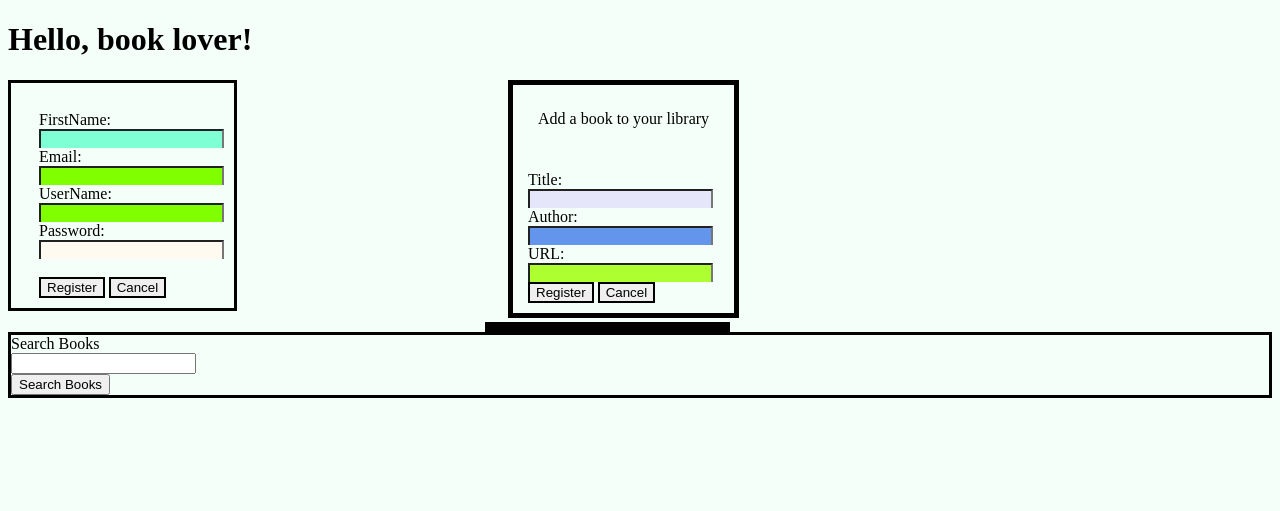
Repository: IuliaGusatu/cloudcomputingProjectSIMPREGusatuIulia
Page: environment/frontend/index.html
The author's editor kept a record of every edit. The page is drawn from the files as they stood at one moment, then again after the next edit.
The browser window is 1280 px wide. The pictures show the whole page.
The page's requests for data from a server got no answer.

Above is the page before.

### environment/frontend/index.html

<!DOCTYPE html>
<html style="background-color: mintcream;">
    <head>

        <title>BooksMania</title>
    </head>
    <body>
        <h1>Hello, book lover!</h1>
        <div style ="display: inline-block">
            <div style ="float: left; padding-left: 45px; border: 3px;border-color: black;border-style: solid;">
        <form style="margin: 10px;margin-left: -17px;">
  <input type="hidden" name="id" id="id" /><br />
  FirstName:<br />
  <input type="text" name="firstName" id="firstName" style="background-color: aquamarine;border-block-end-style: initial"/><br />
  Email:<br />
  <input type="text" name="email" id="email" style="border-block-end-style: initial;background-color: chartreuse;"><br/>
  UserName:<br />
  <input type="text" name="userName" id="userName" style="background-color: chartreuse;border-block-end-style: initial"><br/>
  Password:<br />
  <input type="text" name="password" id="password" style="background-color: floralwhite; border-block-end-style: initial"><br/>
  <br/>
  <input type="submit" value="Register" style="border-style: solid; border-color: black;" onSubmit="saveUsers()">
  <input type="reset" value="Cancel" style="border-style: solid; border-color: black;">
</form>
</div>
<div style ="float: right; margin-left:271px; border-color:black ; border-padding: 10px; border: 5px; border-style: solid;">
   <p style=" margin:25px">Add a book to your library</p>
  <form style=" margin-left: 15px;"onSubmit="saveBooks(event)">
  <input type="hidden" name="id" id="id" /><br />
  Title:<br />
  <input type="text" name="title" id="title"   style="background-color: lavender;border-block-end-style: initial"/><br />
  Author:<br />
  <input type="text" name="author" id="author" style="background-color: cornflowerblue; border-block-end-style: initial"><br/>
  URL:<br />
  <input type="text" name="url" id="url" style="background-color: greenyellow;border-block-end-style: initial"><br/>
  <input type="submit" value="Register" style=" margin-bottom: 10px;border-style: solid;border-color: black;">
  <input type="reset" value="Cancel"style="border-style: solid;border-color: black;">
</form>
</div>
</div>
<div   onSubmit ="showBooks()"id ="table"style="border-color:black ; border-padding: 10px; border: 5px; border-style: solid; margin-right: 542px; margin-left: 477px;">

</div>
<div style ="display: inline-block border-color: black; border-style: solid;">
<div id="search" >
    	<label for="search">Search Books</label>
		<form id="myform">
			<div >
				<input type="search" id="books">

			</div>
			<button >Search Books</button>
		</form>
	</div>
	<div id="result">

	</div>
</div>
<script src="https://unpkg.com/axios/dist/axios.min.js"></script>
 <script
    src="https://code.jquery.com/jquery-3.3.1.min.js"
    integrity="sha256-FgpCb/KJQlLNfOu91ta32o/NMZxltwRo8QtmkMRdAu8="
    crossorigin="anonymous"></script>

<script>

    $(document).ready(function() {
        console.log('Hello from JQuery')
        showBooks()
    })
function showBooks() {
    axios.get('/books').then(function(results) {

        let html = ` <table style="width:500px;">
                <tr>
                    <th style="padding:10px">ID</th>
                    <th style="padding:10px">Title</th>
                    <th style="padding:10px">Author</th>
                    <th style="padding:10px">URL</th>

                </tr>`

        results.data.forEach(function(element) {
            html += `<tr>
                        <td>${element.id}</td>
                        <td>${element.title}</td>
                        <td>${element.author}</td>
                        <td>${element.url}</td>
                        <td>
                            <button onClick="editBooks(${element.id})" onClick="editBooks">Edit</button>
                            <button onClick="deleteBooks(${element.id})" onClick="deleteBooks">Delete</button>
                        </td>
                    </tr>`
        })

        html += `</table>`

        $('#table').html(html)
    }).catch(function(error) {
        console.log(error)
    })
}
function saveBooks(event) {
    event.preventDefault()

    let id = $('#id').val()
    let title = $('#title').val()
    let author = $('#author').val()
    let url = $('#url').val()

    if(id) {
        //make a request to PUT /messages/:id
  axios.put('/books/'+id, {
    title: title,
    author: author,
    url: url
}).then(function(result) {
    showBooks()
    $(event.target).trigger("reset")
}).catch(function(err) {
    alert('Resource could not be saved')
})
    } else {
        //make a request to POST /messages
axios.post('/books', {
    title: title,
    author: author,
    url: url
}).then(function(result) {
    showBooks()
    $(event.target).trigger("reset")
}).catch(function(err) {
    alert('Resource could not be saved')
})
    }

}

 function editBooks(id) {
    //get the values from the server
    axios.get('/books/'+id).then(function(result) {
        //display values in the form
        $('#id').val(result.data.id)
        $('#title').val(result.data.title)
        $('#author').val(result.data.author)
        $('#url').val(result.data.url)
    }).catch(function(err) {
        console.log(err)
        alert('Could not find resource')
    })
}

function deleteBooks(id) {
    axios.delete('/books/'+id).then(function(result) {
        showBooks()
    }).catch(function(err) {
        alert('Resource could not delete resource')
    })
}
function saveUsers(event) {
    event.preventDefault()

    let id = $('#id').val()
    let firstName = $('#firstName').val()
    let email = $('#email').val()
    let userName = $('#userName').val()
    let password = $('#password').val()
    if(id) {
        //make a request to PUT /messages/:id
  axios.put('/users/'+id, {
    firstName: firstName,
    email: email,
    userName: userName,
    password: password
}).then(function(result) {

    $(event.target).trigger("reset")
}).catch(function(err) {
    alert('Resource could not be saved')
})
    } else {
        //make a request to POST /messages
axios.post('/users', {
    firstName: firstName,
    email: email,
    userName: userName,
    password: password
}).then(function(result) {

    $(event.target).trigger("reset")
}).catch(function(err) {
    alert('Resource could not be saved')
})
    }

}


$(document).ready(function(){

   $("#myform").submit(function(){

   	  var search = $("#books").val();
   	  if(search == "")
   	  {
   	  	alert("Please enter something in the field");
   	  }
   	  else{
   	  var url = "";
   	  var img = "";
      var title = "";
      var author = "";

   	  $.get("https://www.googleapis.com/books/v1/volumes?q=" + search,function(response){

          for(i=0;i<response.items.length;i++)
          {
           title=$('<h5 >' + response.items[i].volumeInfo.title + '</h5>');
           author=$('<h5 > By:' + response.items[i].volumeInfo.authors + '</h5>');
           img = $('<img ><br><a href=' + response.items[i].volumeInfo.infoLink + '><button id="imagebutton" >Read More</button></a>');
           url= response.items[i].volumeInfo.imageLinks.thumbnail;
           img.attr('src', url);
           title.appendTo('#result');
           author.appendTo('#result');
           img.appendTo('#result');
          }
   	  });

      }
      return false;
   });

});

</script>


    </body>
</html>

After the next edit:
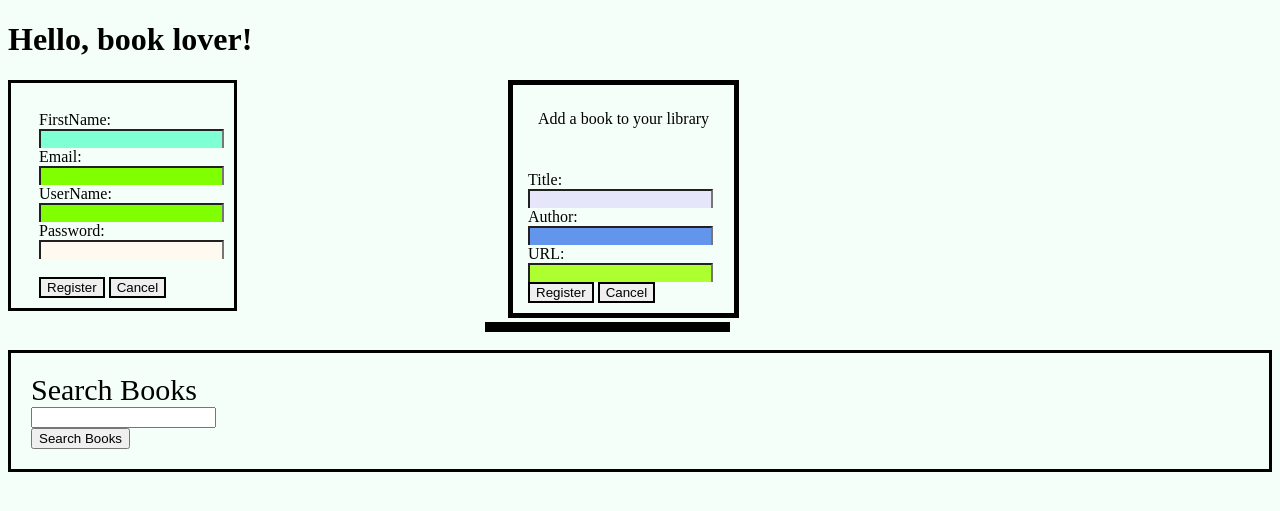
The edit:
--- a/environment/frontend/index.html
+++ b/environment/frontend/index.html
@@ -42,9 +42,10 @@
 <div   onSubmit ="showBooks()"id ="table"style="border-color:black ; border-padding: 10px; border: 5px; border-style: solid; margin-right: 542px; margin-left: 477px;">
 
 </div>
+<br/>
 <div style ="display: inline-block border-color: black; border-style: solid;">
-<div id="search" >
-    	<label for="search">Search Books</label>
+<div id="search"  style=" padding: 10px; margin: 10px;">
+    	<label  style="font-family: fantasy;font-size: 30px; for="search">Search Books</label>
 		<form id="myform">
 			<div >
 				<input type="search" id="books">
